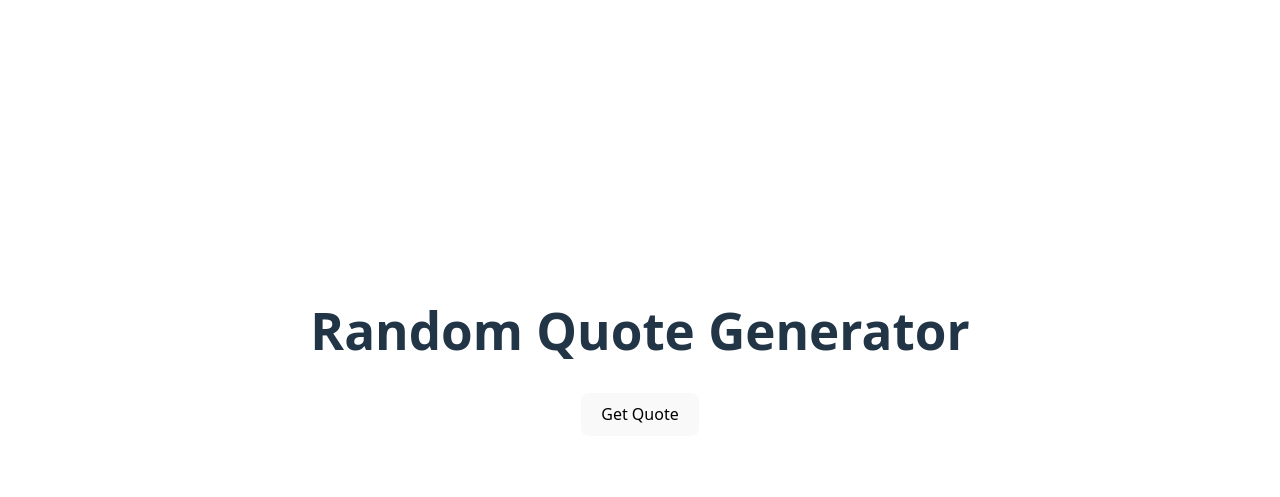
Repository: Vaibhav979/Quote-Generator
Page: / (app in QuoteGen-View/)
These files come from the project's save history. The page is drawn as it stood at one moment and after the next save; the edit follows.
The browser window is 1280 px wide. The pictures show the whole page.
The project was rebuilt for these pictures with package versions that can differ from the ones it lists, and the page was loaded fresh each time. Also part of the build but not shown: QuoteGen-View/vite.config.js.

Above is the page before, as saved 2025-08-13 14:08:22.

### QuoteGen-View/src/App.jsx
import { useState } from "react";
import { createBrowserRouter, RouterProvider } from "react-router-dom";
import "./App.css";

function App() {
  const [quote, setQuote] = useState("");

  const fetchQuote = async () => {
    try {
      const res = await fetch("http://localhost:8080/quote");
      const text = await res.text();
      setQuote(text);
    } catch (error) {
      setQuote("Error fetching quote");
    }
  };

  return (
    <>
      <div>
        <h1>Random Quote Generator</h1>
        <button onClick={fetchQuote}>Get Quote</button>
        <p>{quote}</p>
      </div>
    </>
  );
}

export default App;

Loaded but not shown: QuoteGen-View/index.html (common file); QuoteGen-View/src/main.jsx (common file); QuoteGen-View/src/index.css (common file); QuoteGen-View/src/App.css (common file)

After the next save:
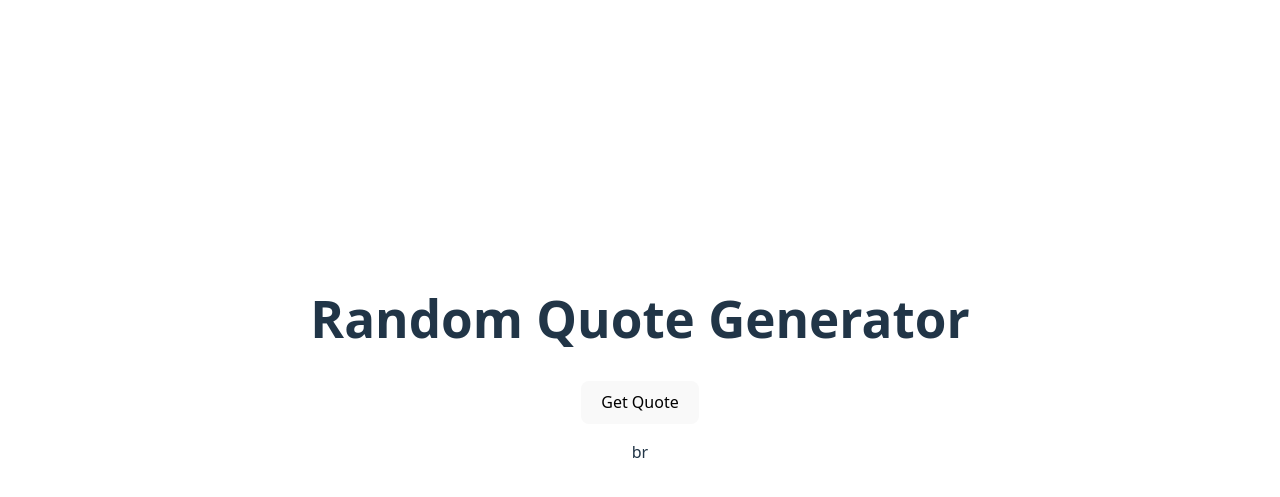
Saved 41 s later.
--- a/QuoteGen-View/src/App.jsx
+++ b/QuoteGen-View/src/App.jsx
@@ -21,6 +21,7 @@ function App() {
         <h1>Random Quote Generator</h1>
         <button onClick={fetchQuote}>Get Quote</button>
         <p>{quote}</p>
+        br
       </div>
     </>
   );
